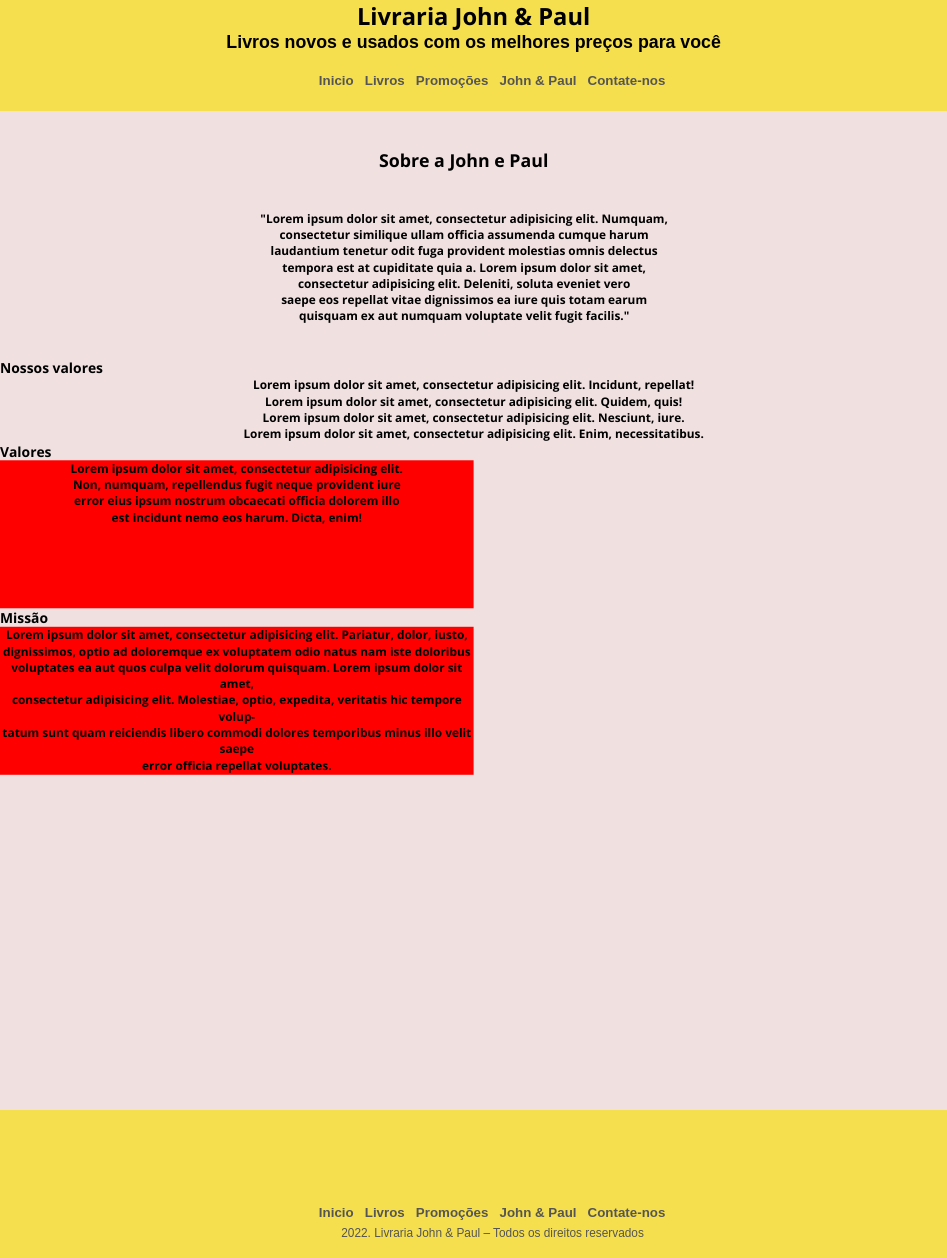
Repository: MarcoantonioCaldeira/Site-livraria-John-e-Paul
Page: sobre.html
These files come from the project's save history. The page is drawn as it stood at one moment and after the next save; the edit follows.
The browser window is 1280 px wide. The pictures show the whole page, at 74% of full size.

Above is the page before, as saved 2022-09-25 10:43:29.

### sobre.html
<!doctype html>
<html dir="ltr" lang="pt-BR">
<head>
   <meta name="viewport" content="width=device-width, initial-scale=1.0">

   <title>Meu Primeiro Projeto</title>
   <link rel="stylesheet" href="css/estilo.css">
</head>
<body>
<header id="topo">
   <h1 class="center"> Livraria John & Paul</h1>
   <h2 class="center">Livros novos e usados com os melhores preços para você</h2>
</header>
<nav id="menu-sobre">
   <ul>
      <li><a href="index.html">Inicio</a></li>
      <li><a href="produtos.html">Livros</a></li>
      <li><a href="#">Promoções</a></li>
      <li><a href="sobre.html">John & Paul</a></li>
      <li><a href="contato.html">Contate-nos</a></li>
   </ul>
</nav>
<section class="sobre">
   <h1 class="h1-sobre">Sobre a John e Paul</h1>

   <div  class="section-info">
      <h4>"Lorem ipsum dolor sit amet, consectetur adipisicing elit. Numquam,<br>
      consectetur similique ullam officia assumenda cumque harum<br> laudantium tenetur
      odit fuga provident molestias omnis delectus<br> tempora est at cupiditate quia a.
      Lorem ipsum dolor sit amet,<br> consectetur adipisicing elit. Deleniti,
      soluta eveniet vero<br> saepe eos repellat vitae dignissimos ea iure quis
      totam earum<br> quisquam ex aut numquam voluptate velit fugit facilis."</h4>
   </div>



   <h3 class="h3-valores">Nossos valores</h3>

   <div class="section-valores">
      <h4>Lorem ipsum dolor sit amet, consectetur adipisicing elit. Incidunt, repellat!<br>
      Lorem ipsum dolor sit amet, consectetur adipisicing elit. Quidem, quis!<br>
      Lorem ipsum dolor sit amet, consectetur adipisicing elit. Nesciunt, iure.<br>
      Lorem ipsum dolor sit amet, consectetur adipisicing elit. Enim, necessitatibus.</h4>
   </div>

   <h3>Valores</h3>
   <div style="background-color: red; width: 50%; height:200px;">
      <h4>Lorem ipsum dolor sit amet, consectetur adipisicing elit.<br>
      Non, numquam, repellendus fugit neque provident iure <br>error eius
      ipsum nostrum obcaecati officia dolorem illo <br>est incidunt nemo eos
      harum. Dicta, enim!</h4>
   </div>

   <h3>Missão</h3>
   <div style="background-color: red; width: 50%; height:200px;">
      <h4>Lorem ipsum dolor sit amet, consectetur adipisicing elit. Pariatur, dolor, iusto,<br>
      dignissimos, optio ad doloremque ex voluptatem odio natus nam iste doloribus<br> voluptates ea
      aut quos culpa velit dolorum quisquam. Lorem ipsum dolor sit amet, <br>consectetur adipisicing
      elit. Molestiae, optio, expedita, veritatis hic tempore volup-<br>tatum sunt quam reiciendis libero
      commodi dolores temporibus minus illo velit saepe <br>error officia repellat voluptates.</h4>
   </div>


</section>

<footer id="rodape">
   <ul class="ul_rodape">
      <li><a href="index.html">Inicio</a></li>
      <li><a href="produtos.html">Livros</a></li>
      <li><a href="#">Promoções</a></li>
      <li><a href="sobre.html">John & Paul</a></li>
      <li><a href="contato.html">Contate-nos</a></li>
   </ul>
   <p>2022. Livraria John & Paul – Todos os direitos reservados</p>
</footer>
</body>
</html>

### css/estilo.css
/* Import font from google */
@import url(http://fonts.googleapis.com/css?family=Open+Sans:400,300,700);

*{
   margin: 0;
}


body{
   background-color:  rgb(240, 224, 224);
   font-family: sans-serif;
   margin: 0;
   padding: 0;
}
h1,h3,h4,h5,h6{
   font-family: 'Open Sans', sans-serif;
}

.h2_destaque{
   margin-left: 45%;
   margin-top: 5%;
   color:#555;
   font-family: 'Open Sans', sans-serif;
}

#topo{
   background-color: #f5df4e;
   width: 100%;
   height:150px;
   margin:0 auto;
}

.destaques{
   background-color: rgb(240, 224, 224);
   width: 100%;
   height:1300px;
}


#menu{
   width:50%;
   text-align: center;
   margin-top: 2%;
   margin-left: 25%;
   height:50px;
}

a{
   font-weight:600;
   text-decoration: none;
   margin-left: 10px;
   font-family: arial;
   color:#555;
}

#menu li{
   display:inline;
}
.destaques li{
   width: 50%;
   float: left;
   text-align: center;
   list-style: none;
   padding: 20px 0;
}

ul{
   font-size: 18px;
}


.ul_rodape{
   margin-top: 10%;
}

.destaques li strong{
   width: 100%;
   display: block;
}
.center{
   text-align: center;
}


form fieldset{
   border: none;
}
form legend{
   text-transform: uppercase;
   font-size: 1.2em;
   padding: 0;
   width: 100%;
   border-bottom: 1px solid #555;
}
form label, form input:not([type=checkbox]), form select, form textarea{
   width: 100%;
}
form div{
   width: 48%;
   margin: 0 1%;
   height: 180px;
   float: left;
}
button{
   padding: 10px 20px;
   background-color: blue;
   color: #fff;
   border: none;
   -webkit-border-radius: 5px;
   -moz-border-radius: 5px;
   border-radius: 5px;
}
#rodape{
   width: 100%;
   height: 200px;
   background-color:  #f5df4e;
   color: #ccc;
   float: left;
   text-align: center;
}

p{
   color: #555;
   line-height: 34px;
   margin-left: 4%;
}

li {
   display: inline;
}

/*Produtos*/
#menu-produtos{
   width:50%;
   text-align: center;
   margin-top: -4%;
   margin-left: 25%;
   height:50px;
}

.produtos{

   height:600px;
}

table{
   position: relative;
   margin-left: 27%;
   top: 20%;
   background-color:rgb(240, 224, 224);
   border-radius: 5px;
   border: 1px solid #555;
}

tr, td{
   border: 1px solid #555;
}


/*Sobre*/

#menu-sobre{
   width:50%;
   text-align: center;
   margin-top: -4%;
   margin-left: 25%;
   height:50px;
}

.sobre{
   width: 100%;
   height:1300px;
}

h4
{
   text-align: center;
}

.h1-sobre{
   margin-top: 4%;
   margin-left: 40%;
}

.section-info{
   position: relative;
   margin-left: 24%;
   margin-top: 4%;
   width: 50%;
   height:200px;
}






@media  screen and (max-width: 750px){


   #main-menu {
      display: none;
    }
    #hamburger-menu {
      display: inline;
    }

   h2.center, h1.center{
      font-size: 19px;
      color: blue;
   }

   h2.h2_destaque{
      margin-left: 40%;
   }

   ul#ul_rodape{
      color: red;
   }

   p{
      color: black;
      margin-top: 20%;
      margin-left: 4%;
   }

}

After the next save:
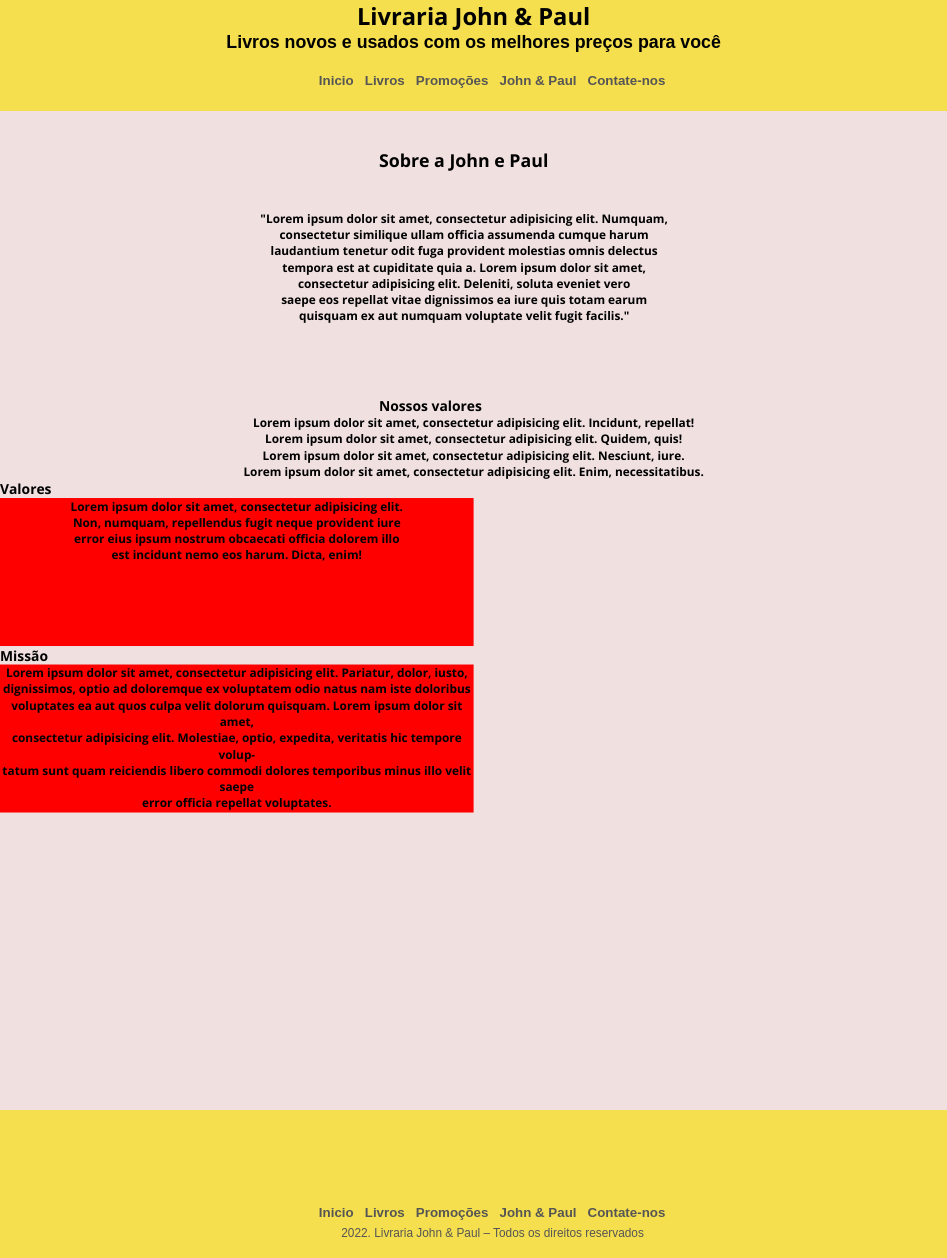
Saved 14 s later.
--- a/css/estilo.css
+++ b/css/estilo.css
@@ -190,7 +190,10 @@ h4
    height:200px;
 }
 
-
+.h3-valores{
+   margin-top: 4%;
+   margin-left: 40%;
+}
 
 
 
